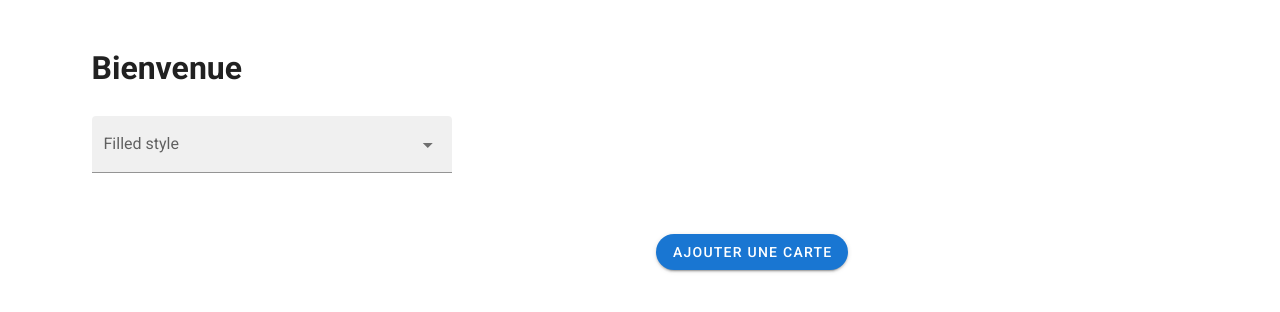
Repository: SidneyHodieb/myc
Page: /
An editor plug-in stored every save of this project. The page is shown before and after the next save, followed by the edit.
The browser window is 1280 px wide. The pictures show the whole page.
The project was rebuilt for these pictures with package versions that can differ from the ones it lists, and the page was loaded fresh each time. Also part of the build but not shown: vue.config.js.

Above is the page before, as saved 2021-04-01 23:15:52.

After the next save:
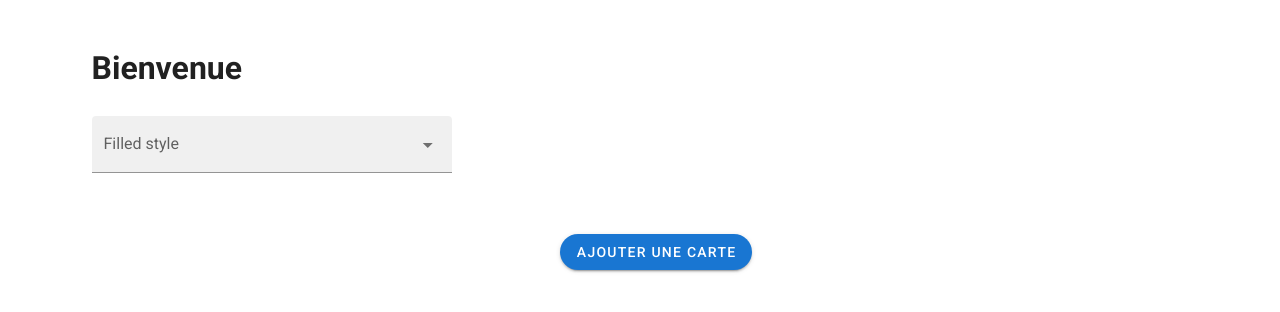
Saved 4 s later.
--- a/src/views/Home.vue
+++ b/src/views/Home.vue
@@ -7,7 +7,7 @@
       <v-col class="d-flex" sm="4">
         <v-select :items="items" filled label="Filled style"></v-select>
       </v-col>
-     <v-col offset-md="4" class="mt-2" sm="6">
+     <v-col offset-md="3" class="mt-2" sm="6">
       <div class="text-center">
         <v-btn rounded color="primary" dark offset-md="8">
           Ajouter une carte

After the save that followed:
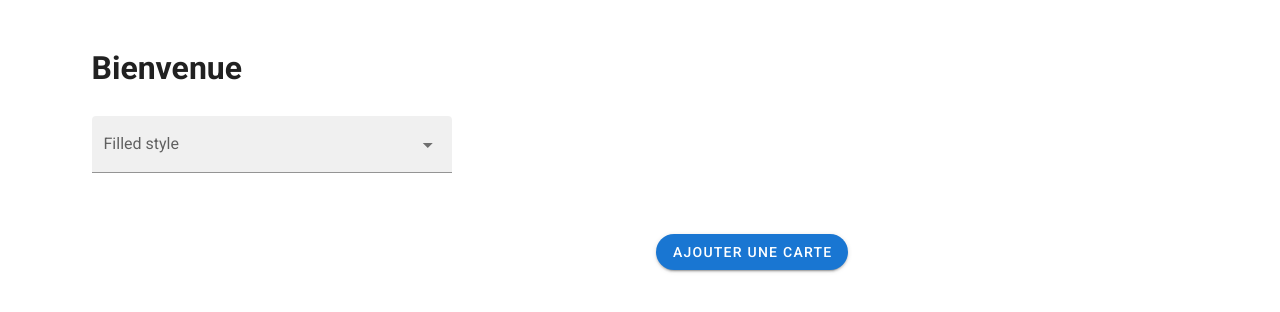
Saved 9 s later.
--- a/src/views/Home.vue
+++ b/src/views/Home.vue
@@ -7,7 +7,7 @@
       <v-col class="d-flex" sm="4">
         <v-select :items="items" filled label="Filled style"></v-select>
       </v-col>
-     <v-col offset-md="3" class="mt-2" sm="6">
+     <v-col offset-md="4" class="mt-2" sm="6">
       <div class="text-center">
         <v-btn rounded color="primary" dark offset-md="8">
           Ajouter une carte
